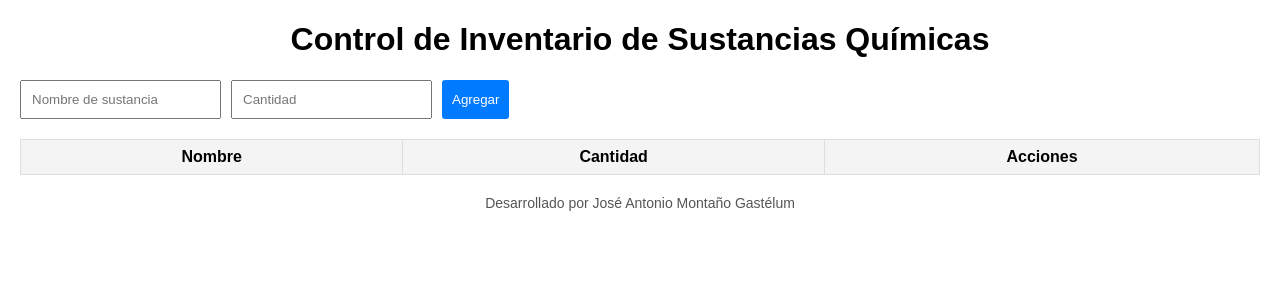
Repository: JoyMoGas/controlInventario
Page: index.html
The author's editor kept a copy of each file at every save. The page is drawn from the files as they stood at one save, then again after the next save.
The browser window is 1280 px wide. The pictures show the whole page.

Above is the page before, as saved 2024-12-05 12:21:50.

After the next save:
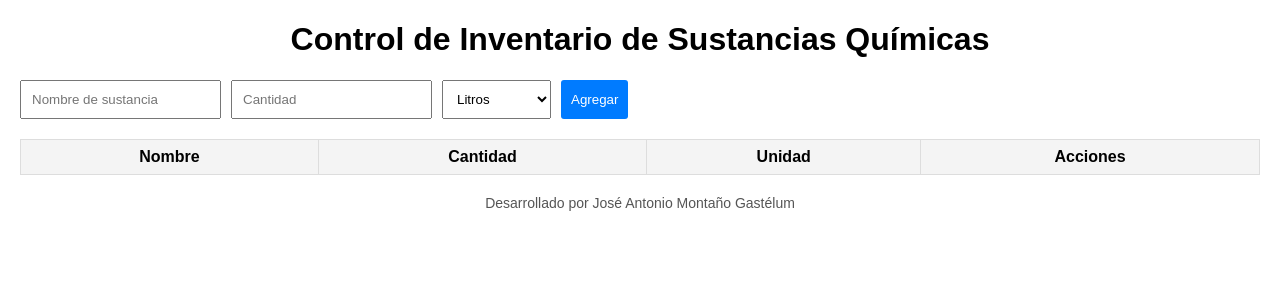
Saved 8 h 37 min later.
--- a/index.html
+++ b/index.html
@@ -30,7 +30,7 @@
       gap: 10px;
       margin-top: 20px;
     }
-    .form-container input, .form-container button {
+    .form-container input, .form-container select, .form-container button {
       padding: 10px;
     }
     .form-container button {
@@ -74,6 +74,13 @@
   <div class="form-container">
     <input type="text" id="nombre" placeholder="Nombre de sustancia" />
     <input type="number" id="cantidad" placeholder="Cantidad" />
+    <select id="unidad">
+      <option value="litros">Litros</option>
+      <option value="mililitros">Mililitros</option>
+      <option value="gramos">Gramos</option>
+      <option value="kilogramos">Kilogramos</option>
+      <option value="unidades">Unidades</option>
+    </select>
     <button onclick="agregarSustancia()">Agregar</button>
   </div>
   <table>
@@ -81,6 +88,7 @@
       <tr>
         <th>Nombre</th>
         <th>Cantidad</th>
+        <th>Unidad</th>
         <th>Acciones</th>
       </tr>
     </thead>
@@ -102,6 +110,7 @@
         fila.innerHTML = `
           <td>${sustancia.nombre}</td>
           <td>${sustancia.cantidad}</td>
+          <td>${sustancia.unidad}</td>
           <td>
             <button class="btn-editar" onclick="editarSustancia(${index})">Editar</button>
             <button class="btn-eliminar" onclick="eliminarSustancia(${index})">Eliminar</button>
@@ -114,13 +123,14 @@
     function agregarSustancia() {
       const nombre = document.getElementById("nombre").value.trim();
       const cantidad = parseInt(document.getElementById("cantidad").value);
+      const unidad = document.getElementById("unidad").value;
 
       if (nombre === "" || isNaN(cantidad)) {
         alert("Por favor, completa todos los campos.");
         return;
       }
 
-      inventario.push({ nombre, cantidad });
+      inventario.push({ nombre, cantidad, unidad });
       renderizarTabla();
       document.getElementById("nombre").value = "";
       document.getElementById("cantidad").value = "";
